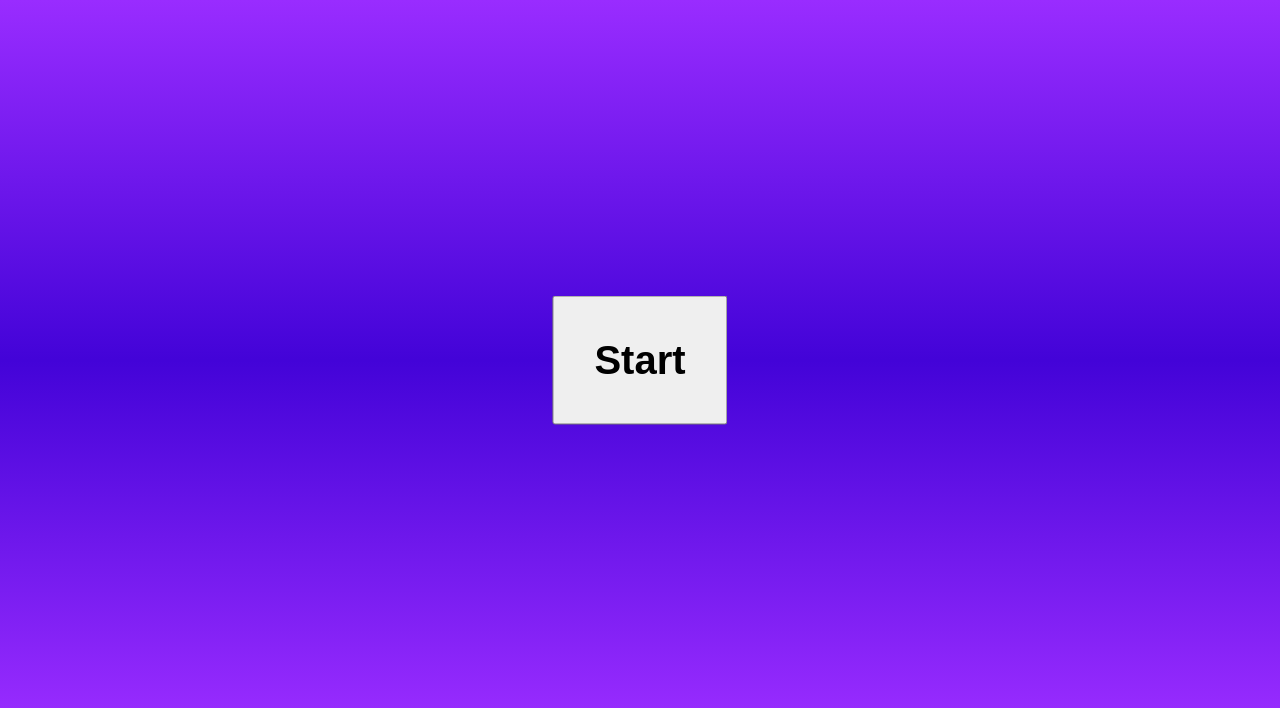
Repository: OkazakiTruong/BQTruong-F8-K2-Offline
Page: Day37/ex01.html
These files come from the project's save history. The page is drawn as it stood at one moment and after the next save; the edit follows.
The browser window is 1280 px wide. The pictures show the whole page.

Above is the page before, as saved 2023-10-16 16:19:48.

### Day37/ex01.html
<!DOCTYPE html>
<html lang="en">
  <head>
    <meta charset="UTF-8" />
    <meta name="viewport" content="width=device-width, initial-scale=1.0" />
    <title>Document</title>
    <link rel="stylesheet" href="./css/style.css" />
  </head>
  <body>
    <div class="container">
      <button class="btn-start">Start</button>
    </div>
  </body>
</html>

### Day37/css/style.css
* {
  padding: 0;
  margin: 0;
  box-sizing: border-box;
}
body {
  background-image: linear-gradient(
    to bottom,
    rgb(153, 44, 255),
    rgb(67, 3, 216),
    rgb(153, 44, 255)
  );
  min-height: 100vh;
  font-family: Arial, Helvetica, sans-serif;
}
.btn-start {
  position: fixed;
  top: 50%;
  left: 50%;
  transform: translate(-50%, -50%);
  padding: 40px;
  font-size: 40px;
  font-weight: 600;
}

After the next save:
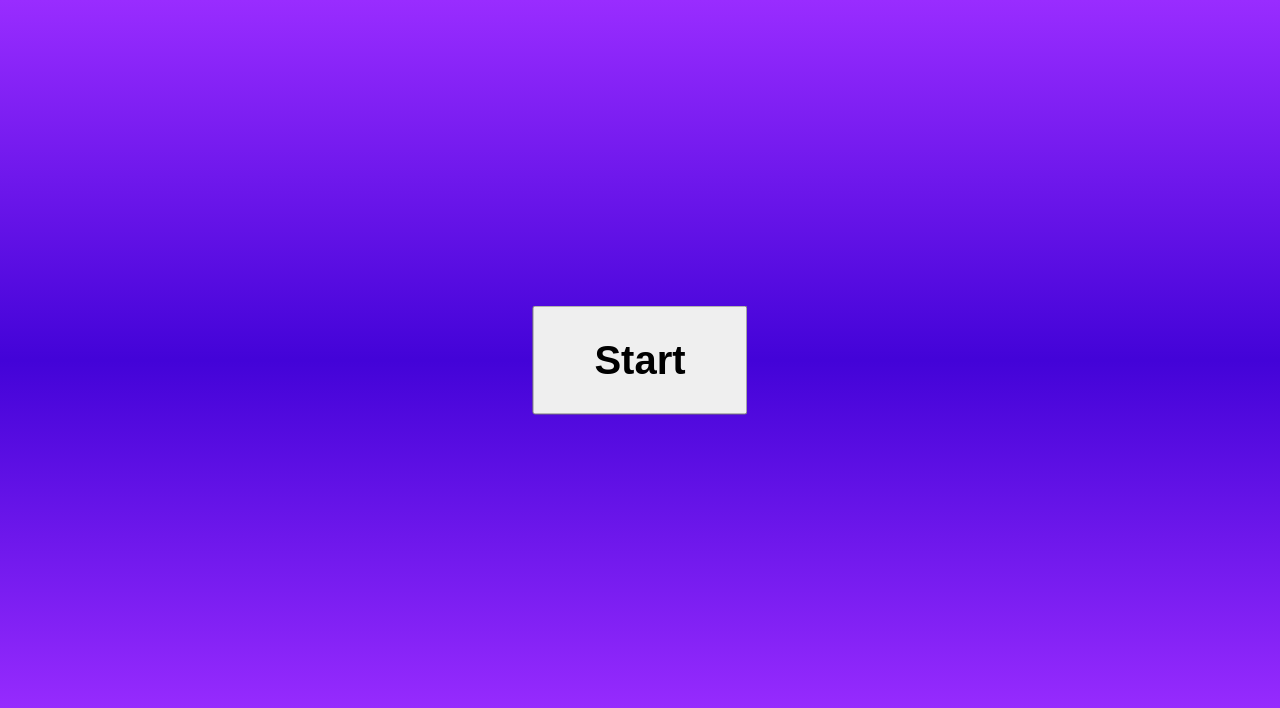
Saved 8 s later.
--- a/Day37/css/style.css
+++ b/Day37/css/style.css
@@ -18,7 +18,7 @@ body {
   top: 50%;
   left: 50%;
   transform: translate(-50%, -50%);
-  padding: 40px;
+  padding: 30px 60px;
   font-size: 40px;
   font-weight: 600;
 }
